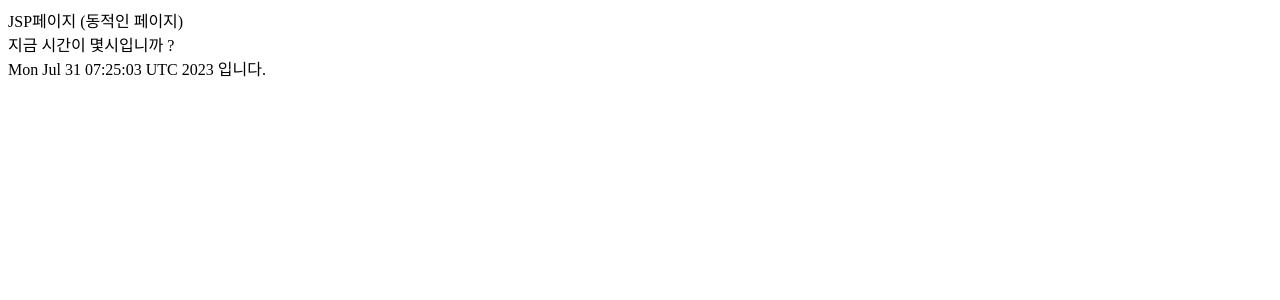
Repository: ainokks071/ServletJSP
Page: http://localhost/WEB/time.jsp
These files come from the project's save history. The page is drawn as it stood at one moment and after a run of saves; the edit follows.
The browser window is 1280 px wide. The pictures show the whole page.
The page is served by Tomcat 9. Other server files are loaded and not shown.

Above is the page before, as saved 2023-07-31 08:17:54.

### WEB/webapp/time.jsp
<!-- JSP(Java Server Page) = Java코드영역(프로그래밍) + HTML영역(View) -->

<%-- <%@ 지시자 %> --%>
<%@ page language="java" contentType="text/html; charset=UTF-8"
    pageEncoding="UTF-8"%>
<%@ page import="java.util.Date" %>

<%-- <% 스크립틀릿 %> --%>
<% Date d = new Date(); %>


<!DOCTYPE html>
<html>
<head>
<meta charset="UTF-8">
<title>Insert title here</title>
</head>


<body>
JSP페이지 (동적인 페이지)<br>

지금 시간이 몇시입니까 ? <br>
<%-- <%= 출력식 %> --%>
<%= d.toString() %> 입니다.

</body>
</html>

After the next 3 saves:
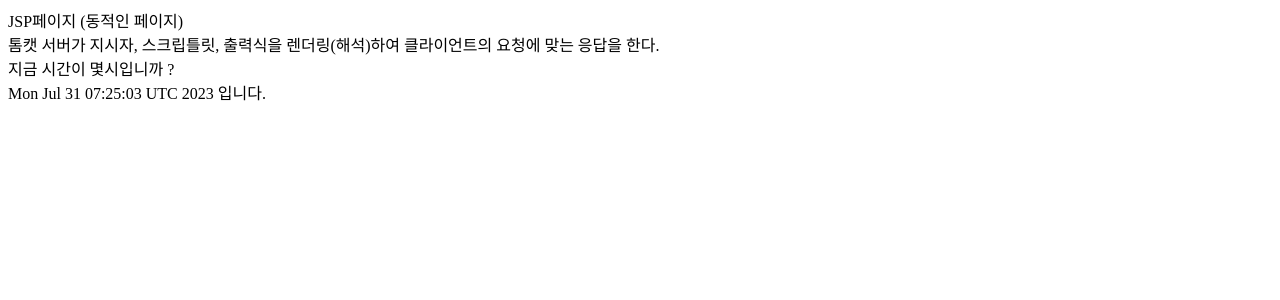
The 3 saves are shown as one change because they came seconds apart.
The last was saved 2 min 39 s later.
--- a/WEB/webapp/time.jsp
+++ b/WEB/webapp/time.jsp
@@ -19,7 +19,7 @@
 
 <body>
 JSP페이지 (동적인 페이지)<br>
-
+톰캣 서버가 지시자, 스크립틀릿, 출력식을 렌더링(해석)하여 클라이언트의 요청에 맞는 응답을 한다.<br>
 지금 시간이 몇시입니까 ? <br>
 <%-- <%= 출력식 %> --%>
 <%= d.toString() %> 입니다.
